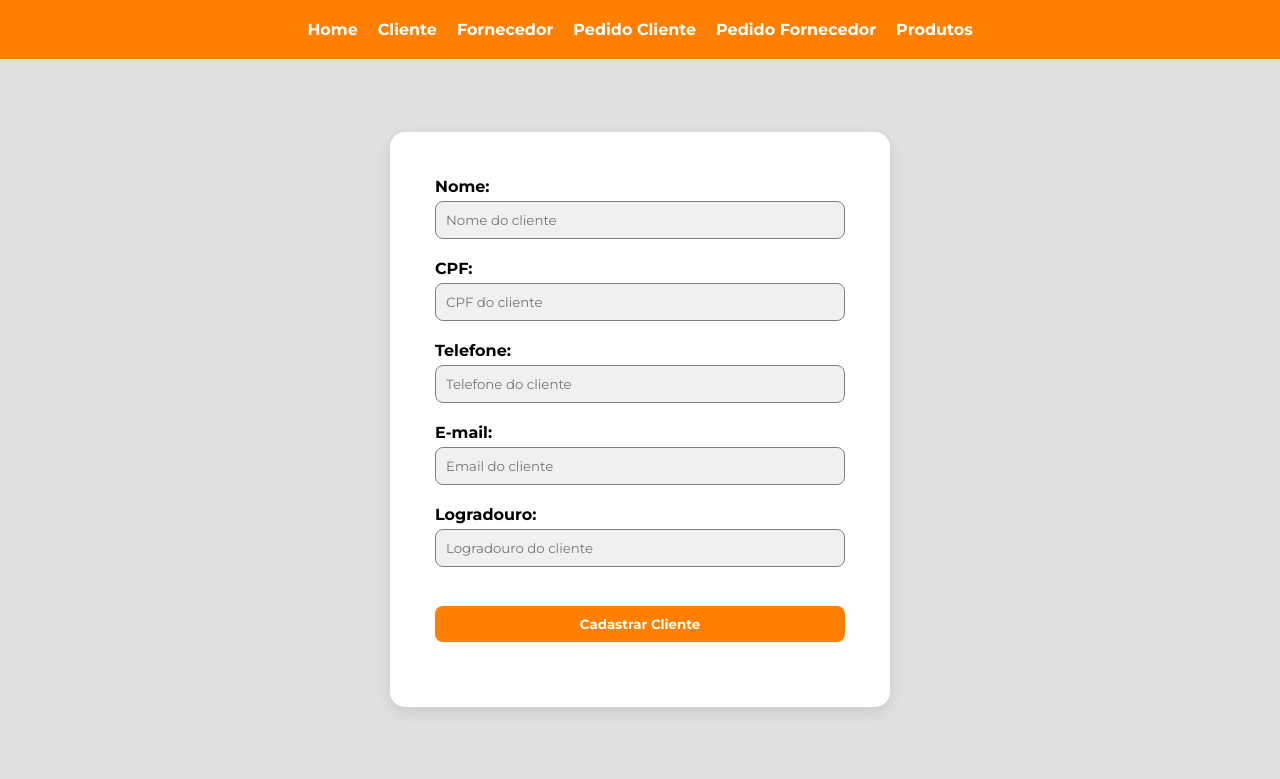
Repository: walterdmp/JavaWeb_BartoBotinas
Page: http://localhost/BartoBotinas/cadastrarCliente.jsp
The author's editor kept a copy of each file at every save. The page is drawn from the files as they stood at one save, then again after the next save.
The browser window is 1280 px wide. The pictures show the whole page.
The page is served by Tomcat 9.

Above is the page before, as saved 2024-07-30 19:45:26.

After the next save:
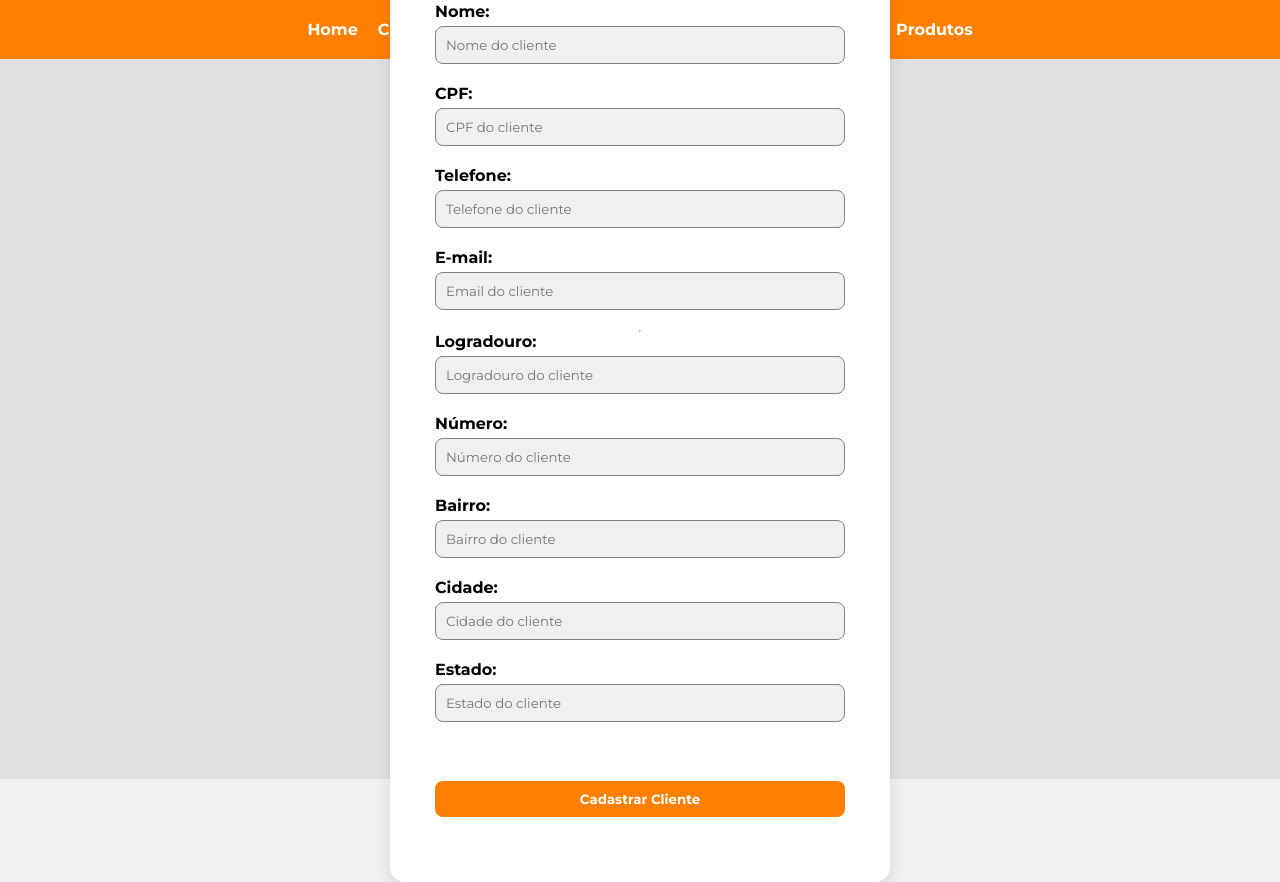
Saved 3 min 13 s later.
--- a/BartoBotinas/WebContent/cadastrarCliente.jsp
+++ b/BartoBotinas/WebContent/cadastrarCliente.jsp
@@ -3,7 +3,6 @@
 <html>
 <head>
 <link rel="stylesheet" href="css/estilo.css">
-
 <meta charset="UTF-8">
 <title>Bartô Botinas - Clientes</title>
 </head>
@@ -37,9 +36,29 @@
 				<input type="email" id="email" name="email" placeholder="Email do cliente" required>
 			</div>
 
-			<div>
-				<label for="logradouro"><strong>Logradouro:</strong></label>
-				<input type="text" id="logradouro" name="logradouro" placeholder="Logradouro do cliente" required>
+			<hr>
+
+			<div class="endereco">
+				<div>
+					<label for="logradouro"><strong>Logradouro:</strong></label>
+					<input type="text" id="logradouro" name="logradouro" placeholder="Logradouro do cliente" required>
+				</div>
+				<div>
+					<label for="numero"><strong>Número:</strong></label>
+					<input type="text" id="numero" name="numero" placeholder="Número do cliente" required>
+				</div>
+				<div>
+					<label for="bairro"><strong>Bairro:</strong></label>
+					<input type="text" id="bairro" name="bairro" placeholder="Bairro do cliente" required>
+				</div>
+				<div>
+					<label for="cidade"><strong>Cidade:</strong></label>
+					<input type="text" id="cidade" name="cidade" placeholder="Cidade do cliente" required>
+				</div>
+				<div>
+					<label for="estado"><strong>Estado:</strong></label>
+					<input type="text" id="estado" name="estado" placeholder="Estado do cliente" required>
+				</div>
 			</div>
 
 			<br>
